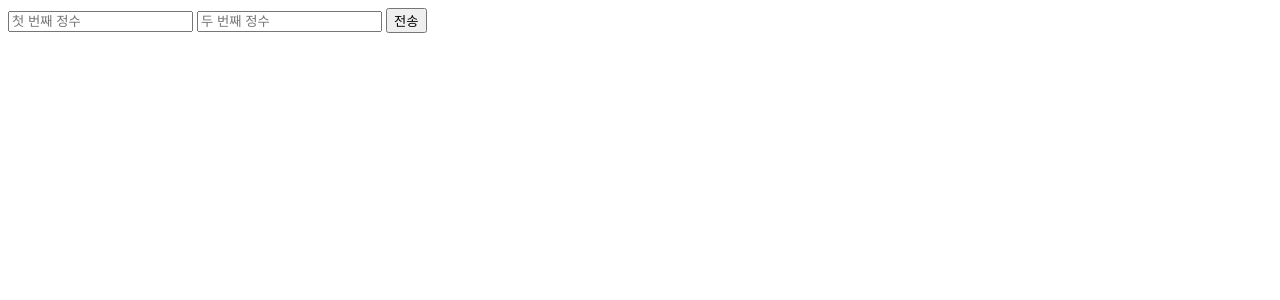
Repository: kys3189/jsp
Page: http://localhost/servlet/food-list.jsp
The author's editor kept a copy of each file at every save. The page is drawn from the files as they stood at one save, then again after the next save.
The browser window is 1280 px wide. The pictures show the whole page.
The page is served by Tomcat 9.

Above is the page before, as saved 2025-03-05 03:11:02.

After the next save:
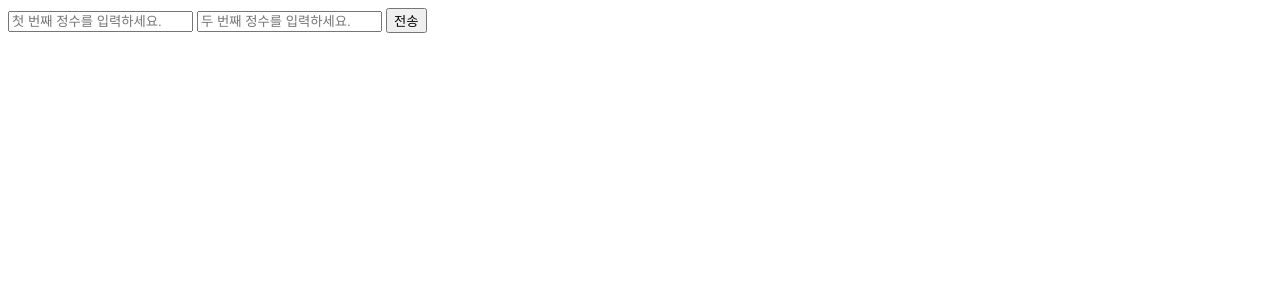
Saved 32 s later.
--- a/servlet/src/main/webapp/food-list.jsp
+++ b/servlet/src/main/webapp/food-list.jsp
@@ -7,41 +7,35 @@
 <title>Insert title here</title>
 </head>
 <body>
-	<!--
-		두 수를 입력 받고, 두 수를 더한 결과값이 홀수인지 짝수인지
-		서블릿을 통해 응답해주는 페이지 구현(MyServlet)
-		단, 두 수는 모두 유효성 검사가 필요하다.
-	 -->
-	 <form method="get" action="home">
-		 <input name="num1" placeholder="첫 번째 정수">
-		 <input name="num2" placeholder="두 번째 정수">
-		 <button type="button">전송</button>
-	 </form>
+ <!--
+      15분
+      두 수를 입력 받고, 두 수를 더한 결과값이 홀수인지 짝수인지
+      서블릿을 통해 응답해주는 페이지 구현 (MyServlet)
+      단, 두 수는 모두 유효성 검사가 필요하다.
+   -->
+   <form method="get" action="home">
+      <input name="num1" placeholder="첫 번째 정수를 입력하세요." />
+      <input name="num2" placeholder="두 번째 정수를 입력하세요." />
+      <button id="submit-button" type="button">전송</button>
+   </form>
 
 </body>
 <script type="text/javascript">
+   const button = document.getElementById("submit-button");
+   const num1 = document.querySelector("input[name='num1']");
+   const num2 = document.querySelector("input[name='num2']");
 
-	const button = document.querySelector("Button");
-	const form = document.querySelector("form");
-	const inputs = document.querySelectorAll("input");
-	const p = "";
-
-
-	button.addEventListener("click", () => {
-		inputs.forEach((input) => {
-			if(!input.value){
-				alert(input.name + "값을 입력하세요.")
-				return;
-			} else if(input.value % 2 == 0){
-				p.innerText = "짝수입니다."
-				return;
-			} else {
-				p.innerText = "홀수입니다."
-				return;
-			}
-		})
-		form.submit();
-	})
+   button.addEventListener("click", () => {
+      if(!num1.value){
+         alert('첫 번째 정수를 입력하세요. \nex)10')
+         return;
+      }
+      if(!num2.value){
+         alert('두 번째 정수를 입력하세요. \nex)10')
+         return;
+      }
+      document.querySelector('form').submit()
+   })
 
 </script>
 </html>
